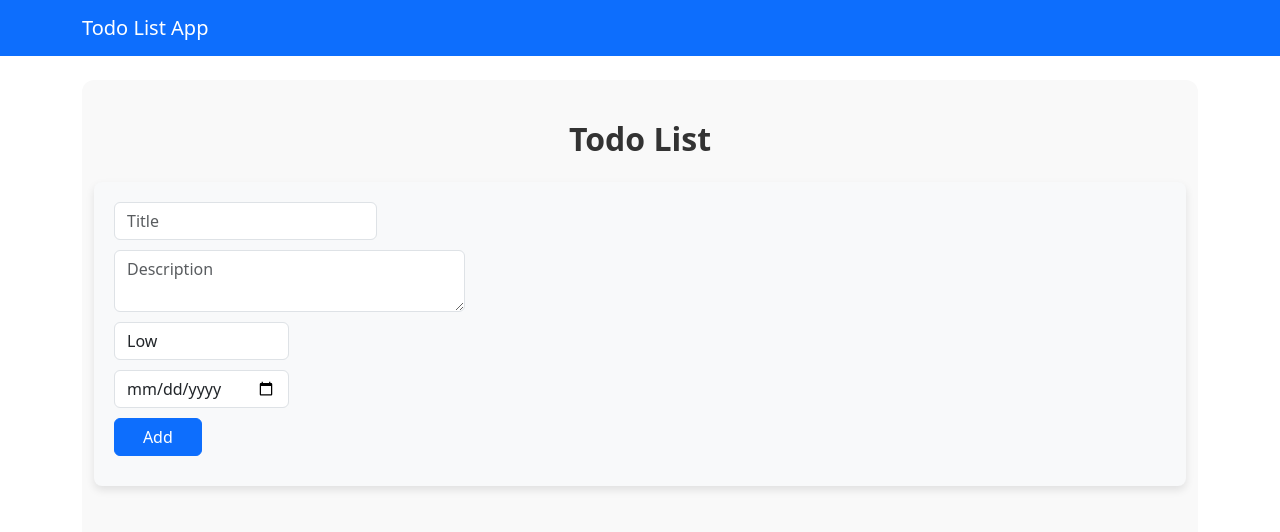
Repository: HPNChanel/Todo-List-Web-App
Page: / (app in frontend/todolist/)
The author's editor kept a copy of each file at every save. The page is drawn from the files as they stood at one save, then again after the next save.
The browser window is 1280 px wide. The pictures show the whole page.
The page's requests for data from a server got no answer. The project was rebuilt for these pictures with package versions that can differ from the ones it lists, and the page was loaded fresh each time. No one was signed in, and anything a server would have sent is missing. Also part of the build but not shown: frontend/todolist/src/styles/TaskItem.css, frontend/todolist/src/components/TaskItem.js, frontend/todolist/src/styles/WelcomePage.css, frontend/todolist/src/pages/WelcomePage.js, frontend/todolist/src/styles/NotFound.css, frontend/todolist/src/pages/NotFound.js. Imported but missing from the stored project, and not drawn on this page: frontend/todolist/src/components/ContactUs.

Above is the page before, as saved 2024-11-05 14:29:42.

### frontend/todolist/src/App.js
// src/App.js
import React from 'react';
import { BrowserRouter as Router, Routes, Route } from 'react-router-dom';
import { TaskProvider } from './contexts/TaskContext';
import TaskList from './components/TaskList';
import NavBar from './components/NavBar';
import WelcomePage from './pages/WelcomePage';
import ContactUs from './components/ContactUs';
import NotFound from './pages/NotFound';
import 'bootstrap/dist/css/bootstrap.min.css';

function App() {
    return (
        <TaskProvider>
            <Router>
                <NavBar />
                <div className="container my-4">
                    <Routes>
                        <Route path="/" element={<TaskList />} />
                        <Route path="/welcome" element={<WelcomePage />} />
                        <Route path="/contact" element={<ContactUs />} />
                        <Route path="*" element={<NotFound />} />
                    </Routes>
                </div>
            </Router>
        </TaskProvider>
    );
}

export default App;

### frontend/todolist/src/contexts/TaskContext.js
import React, { createContext, useState, useEffect } from 'react';
import { getTasks, createTask, updateTask, deleteTask } from '../api/TaskApi';

export const TaskContext = createContext();

export const TaskProvider = ({ children }) => {
  const [tasks, setTasks] = useState([]);

  useEffect(() => {
    fetchTasks();
  }, []);

  const fetchTasks = async () => {
    const data = await getTasks();
    setTasks(data);
  };

  const addTask = async (task) => {
    const newTask = await createTask(task);
    setTasks([...tasks, newTask]);
  };

  const editTask = async (id, updatedTask) => {
    const task = await updateTask(id, updatedTask);
    setTasks(tasks.map((t) => (t.id === task.id ? task : t)));
  };

  const removeTask = async (id) => {
    await deleteTask(id);
    setTasks(tasks.filter((t) => t.id !== id));
  };

  return (
    <TaskContext.Provider value={{ tasks, addTask, editTask, removeTask }}>
      {children}
    </TaskContext.Provider>
  );
};

### frontend/todolist/src/components/TaskList.js
// src/components/TaskList.js
import React, { useState } from 'react';
import TaskItem from './TaskItem';
import TaskForm from './TaskForm';
import '../styles/TaskList.css';
import useTasks from '../hooks/useTasks';

function TaskList() {
    const { tasks } = useTasks();
    const [taskToEdit, setTaskToEdit] = useState(null);

    const handleEdit = (task) => {
        setTaskToEdit(task);
    };

    const clearTaskToEdit = () => {
        setTaskToEdit(null);
    };

    return (
        <div className="task-list container">
            <h4 className="text-center mb-4">Todo List</h4>
            <TaskForm taskToEdit={taskToEdit} clearTaskToEdit={clearTaskToEdit} />
            <div className="row">
                {tasks.map((task) => (
                    <div key={task.id} className="col-md-4">
                        <TaskItem task={task} onEdit={handleEdit} />
                    </div>
                ))}
            </div>
        </div>
    );
}

export default TaskList;

### frontend/todolist/src/components/NavBar.js
// src/components/NavBar.js
import React from 'react';
import { Link } from 'react-router-dom';
import 'bootstrap/dist/css/bootstrap.min.css';

const NavBar = () => (
    <nav className="navbar navbar-expand-lg navbar-dark bg-primary">
        <div className="container">
            <Link className="navbar-brand" to="/">Todo List App</Link>
            <button className="navbar-toggler" type="button" data-toggle="collapse" data-target="#navbarNav" aria-controls="navbarNav" aria-expanded="false" aria-label="Toggle navigation">
                <span className="navbar-toggler-icon"></span>
            </button>
            <div className="collapse navbar-collapse" id="navbarNav">
                <ul className="navbar-nav ml-auto">
                    <li className="nav-item">
                        <Link className="nav-link" to="/">Home</Link>
                    </li>
                    <li className="nav-item">
                        <Link className="nav-link" to="/welcome">Welcome</Link>
                    </li>
                    <li className="nav-item">
                        <Link className="nav-link" to="/contact">Contact Us</Link>
                    </li>
                </ul>
            </div>
        </div>
    </nav>
);

export default NavBar;

### frontend/todolist/src/api/TaskApi.js
import axios from 'axios';

const API_URL = 'http://localhost:8000/api/tasks/';

//* Declare API Function for tasks

export const getTasks = async () => {
  const response = await axios.get(API_URL);
  return response.data;
};

export const createTask = async (task) => {
  const response = await axios.post(API_URL, task);
  return response.data;
};

export const updateTask = async (id, task) => {
  const response = await axios.put(`${API_URL}${id}/`, task)
  return response.data;
};

export const deleteTask = async (id) => {
  await axios.delete(`${API_URL}${id}/`)
}

### frontend/todolist/src/components/TaskForm.js
// src/components/TaskForm.js
import React, { useState, useEffect } from 'react';
import '../styles/TaskForm.css';
import useTasks from '../hooks/useTasks';

function TaskForm({ taskToEdit, clearTaskToEdit }) {
    const { addTask, editTask } = useTasks();
    const [title, setTitle] = useState(taskToEdit?.title || '');
    const [description, setDescription] = useState(taskToEdit?.description || '');
    const [priority, setPriority] = useState(taskToEdit?.priority || 1);
    const [dueDate, setDueDate] = useState(taskToEdit?.due_date || '');

    useEffect(() => {
        if (taskToEdit) {
            setTitle(taskToEdit.title);
            setDescription(taskToEdit.description);
            setPriority(taskToEdit.priority);
            setDueDate(taskToEdit.due_date);
        }
    }, [taskToEdit]);

    const handleSubmit = (e) => {
        e.preventDefault();
        const taskData = { title, description, priority, due_date: dueDate };
        if (taskToEdit) {
            editTask(taskToEdit.id, taskData);
            clearTaskToEdit();
        } else {
            addTask(taskData);
        }
        setTitle('');
        setDescription('');
        setPriority(1);
        setDueDate('');
    };

    return (
        <form className="task-form mb-4" onSubmit={handleSubmit}>
            <div className="form-row">
                <div className="form-group col-md-3">
                    <input
                        type="text"
                        className="form-control"
                        placeholder="Title"
                        value={title}
                        onChange={(e) => setTitle(e.target.value)}
                        required
                    />
                </div>
                <div className="form-group col-md-4">
                    <textarea
                        className="form-control"
                        placeholder="Description"
                        value={description}
                        onChange={(e) => setDescription(e.target.value)}
                    />
                </div>
                <div className="form-group col-md-2">
                    <select
                        className="form-control"
                        value={priority}
                        onChange={(e) => setPriority(e.target.value)}
                    >
                        <option value={1}>Low</option>
                        <option value={2}>Medium</option>
                        <option value={3}>High</option>
                    </select>
                </div>
                <div className="form-group col-md-2">
                    <input
                        type="date"
                        className="form-control"
                        value={dueDate}
                        onChange={(e) => setDueDate(e.target.value)}
                    />
                </div>
                <div className="form-group col-md-1">
                    <button type="submit" className="btn btn-primary btn-block">
                        {taskToEdit ? "Update" : "Add"}
                    </button>
                </div>
            </div>
        </form>
    );
}

export default TaskForm;

### frontend/todolist/src/styles/TaskList.css
.task-list {
  padding: 40px;
  background-color: #f9f9f9;
  border-radius: 12px;
  width: 100%; /* Sử dụng toàn bộ chiều rộng */
  margin: 20px auto;
  box-sizing: border-box;
}

.task-list h4 {
  text-align: center;
  margin-bottom: 30px;
  font-size: 2em;
  color: #333;
  font-weight: bold;
}

.task-list .task-grid {
  display: grid;
  grid-template-columns: repeat(auto-fill, minmax(280px, 1fr));
  gap: 20px;
  justify-items: stretch; /* Giãn ra toàn bộ không gian */
  padding: 10px;
  box-sizing: border-box;
}

@media (max-width: 768px) {
  .task-list .task-grid {
      grid-template-columns: 1fr; /* Hiển thị 1 cột trên màn hình nhỏ */
  }
}

### frontend/todolist/src/hooks/useTasks.js
import { useContext } from "react";
import { TaskContext } from "../contexts/TaskContext";

const useTasks = () => {
  return useContext(TaskContext);
};

export default useTasks;

### frontend/todolist/src/styles/TaskForm.css
.task-form {
  background-color: #f8f9fa;
  border-radius: 8px;
  box-shadow: 0 4px 8px rgba(0, 0, 0, 0.1);
  padding: 20px;
  margin-bottom: 30px;
}

.task-form .form-control,
.task-form .form-select,
.task-form button {
  margin-bottom: 10px;
}

.task-form button {
  width: 100%;
}

.task-form button:hover {
  background-color: #0056b3;
}

@media (max-width: 768px) {
  .task-form {
      flex-direction: column; /* Hiển thị dạng cột trên màn hình nhỏ */
      align-items: stretch;
  }
}

Loaded but not shown: frontend/todolist/public/index.html (common file); frontend/todolist/src/index.js (common file); frontend/todolist/src/index.css (common file); frontend/todolist/tailwind.config.js (common file)

After the next save:
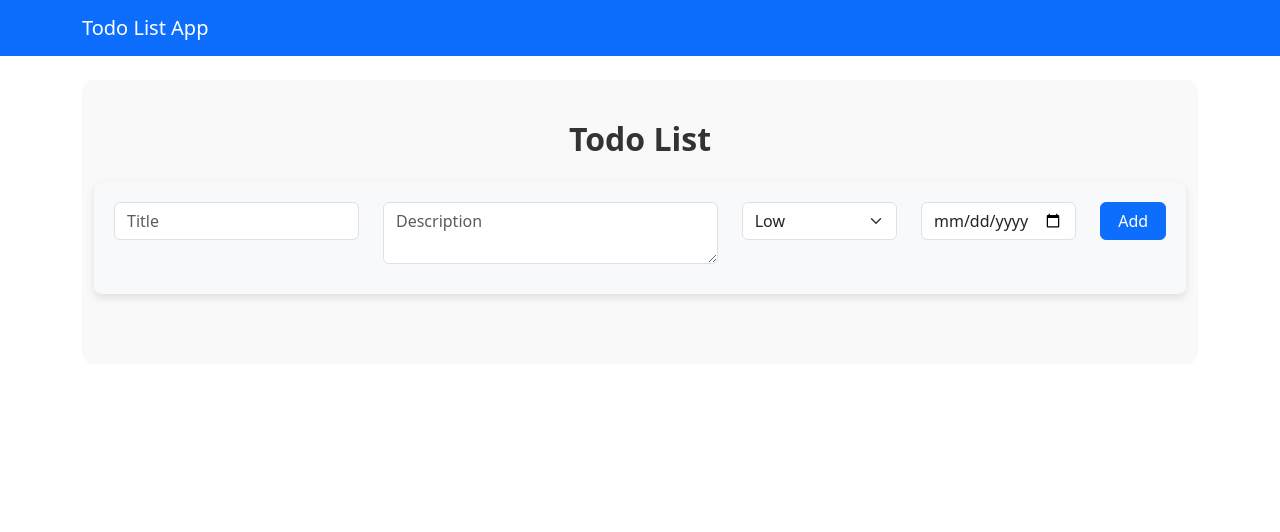
Saved 27 s later.
--- a/frontend/todolist/src/components/TaskForm.js
+++ b/frontend/todolist/src/components/TaskForm.js
@@ -35,9 +35,9 @@ function TaskForm({ taskToEdit, clearTaskToEdit }) {
     };
 
     return (
-        <form className="task-form mb-4" onSubmit={handleSubmit}>
-            <div className="form-row">
-                <div className="form-group col-md-3">
+        <form className="task-form" onSubmit={handleSubmit}>
+            <div className="row">
+                <div className="col-md-3">
                     <input
                         type="text"
                         className="form-control"
@@ -47,7 +47,7 @@ function TaskForm({ taskToEdit, clearTaskToEdit }) {
                         required
                     />
                 </div>
-                <div className="form-group col-md-4">
+                <div className="col-md-4">
                     <textarea
                         className="form-control"
                         placeholder="Description"
@@ -55,9 +55,9 @@ function TaskForm({ taskToEdit, clearTaskToEdit }) {
                         onChange={(e) => setDescription(e.target.value)}
                     />
                 </div>
-                <div className="form-group col-md-2">
+                <div className="col-md-2">
                     <select
-                        className="form-control"
+                        className="form-select"
                         value={priority}
                         onChange={(e) => setPriority(e.target.value)}
                     >
@@ -66,7 +66,7 @@ function TaskForm({ taskToEdit, clearTaskToEdit }) {
                         <option value={3}>High</option>
                     </select>
                 </div>
-                <div className="form-group col-md-2">
+                <div className="col-md-2">
                     <input
                         type="date"
                         className="form-control"
@@ -74,8 +74,8 @@ function TaskForm({ taskToEdit, clearTaskToEdit }) {
                         onChange={(e) => setDueDate(e.target.value)}
                     />
                 </div>
-                <div className="form-group col-md-1">
-                    <button type="submit" className="btn btn-primary btn-block">
+                <div className="col-md-1">
+                    <button type="submit" className="btn btn-primary w-100">
                         {taskToEdit ? "Update" : "Add"}
                     </button>
                 </div>
